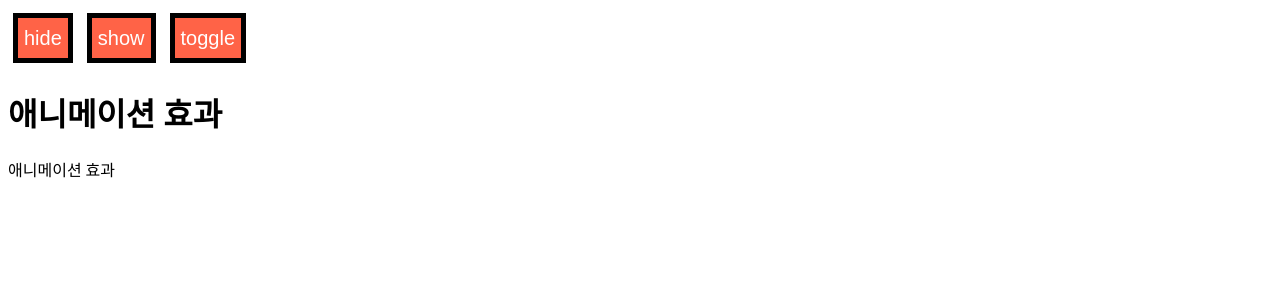
Repository: shouvoo/bitAcademy
Page: work/jsp/06_javascript/WebContent/09_jquery/06_effect/test02.html
These files come from the project's save history. The page is drawn as it stood at one moment and after the next save; the edit follows.
The browser window is 1280 px wide. The pictures show the whole page.
After loading, the first visible `button` was clicked once.

Above is the page before, as saved 2017-11-27 02:44:54.

After the next save:
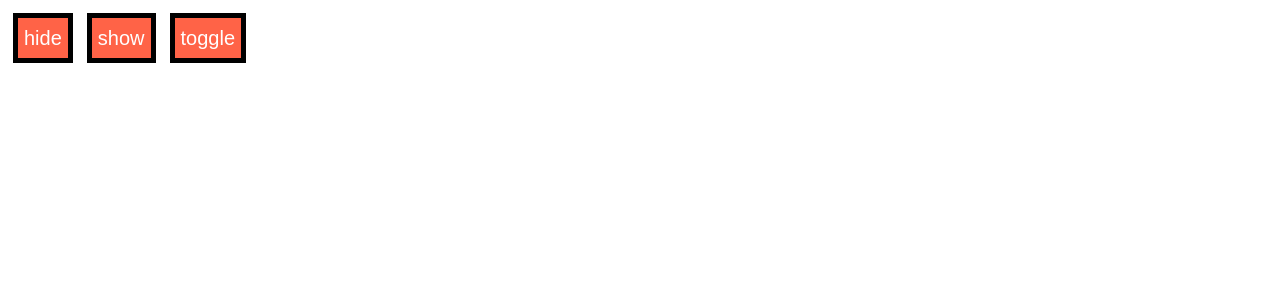
Saved 11 s later.
--- a/work/jsp/06_javascript/WebContent/09_jquery/06_effect/test02.html
+++ b/work/jsp/06_javascript/WebContent/09_jquery/06_effect/test02.html
@@ -40,16 +40,16 @@
     </div>
     <script>
     $("button:eq(0)").click(function(){
-		$("#effDiv1, #effDiv2").toggle();
+		$("#effDiv").toggle();
 	});
 
 	$("button:eq(1)").click(function(){
-		$("#effDiv1, #effDiv2").fadeToggle();
+		$("#effDiv").fadeToggle();
 
 	});
 
 	$("button:eq(2)").click(function(){
-		$("#effDiv1, #effDiv2").slideToggle();
+		$("#effDiv").slideToggle();
 
 	});
     </script>
